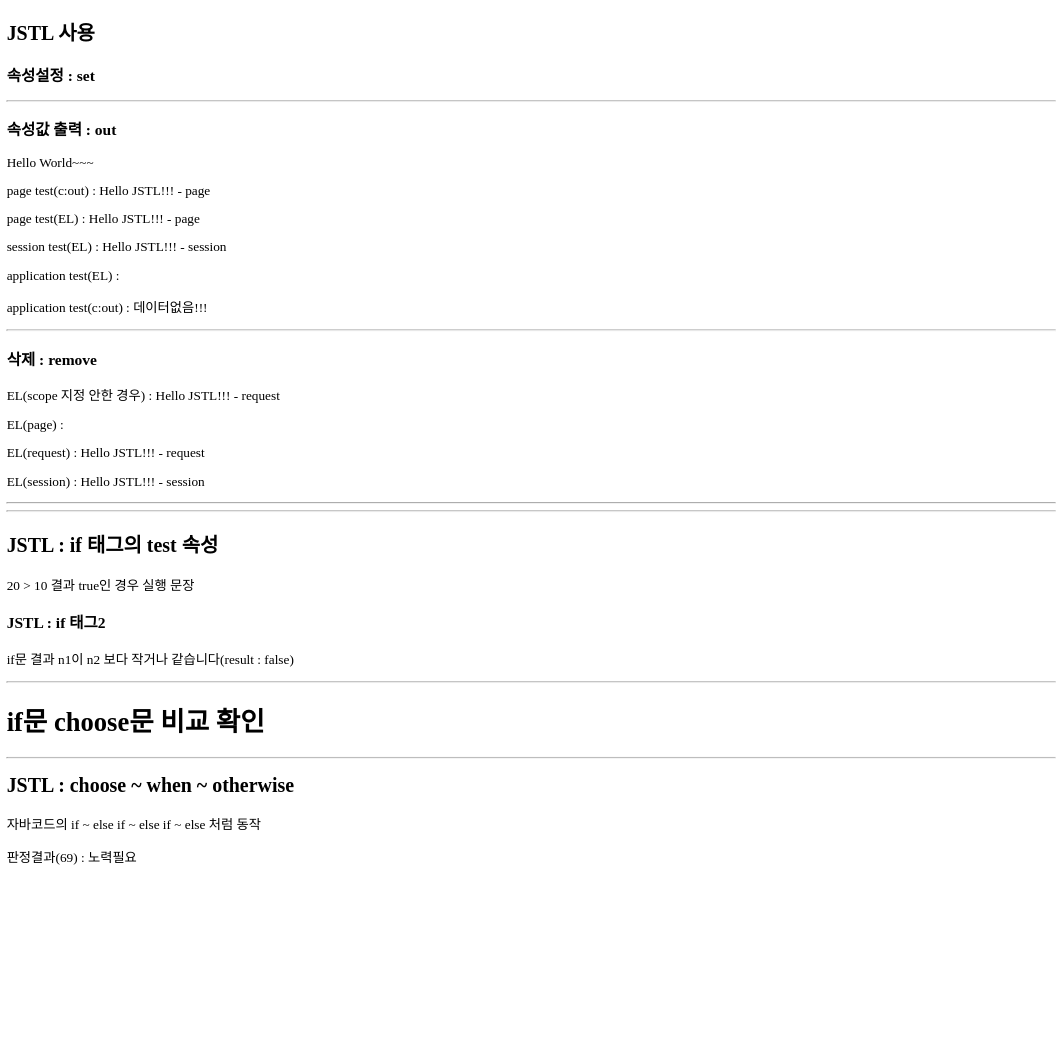
Repository: SeYoung1012/Bitcamp
Page: http://localhost/07_EL_JSTL/JSTL01.jsp
These files come from the project's save history. The page is drawn as it stood at one moment and after the next save; the edit follows.
The browser window is 1280 px wide. The pictures show the whole page, at 83% of full size.
The page is served by Tomcat 9. Other server files are loaded and not shown. The template is opened directly, without the code that normally fills it, so the values that code supplies are empty.

Above is the page before, as saved 2021-09-29 09:24:04.

### 60_web/07_EL_JSTL/WebContent/JSTL01.jsp
<%@ page language="java" contentType="text/html; charset=UTF-8"
    pageEncoding="UTF-8"%>

<%@ taglib prefix="c" uri = "http://java.sun.com/jsp/jstl/core" %>
<!DOCTYPE html>
<html>
<head>
<meta charset="UTF-8">
<title> JSTL </title>
</head>
<body>

<%-- JSTL(JSP Standard Tag Labrary)
	0. 라이브러리 구하기(인터넷)
		다운로드 : https://tomcat.apache.org/download-taglibs.cgi
		다운로드 : https://mvnrepository.com/ > jstl 검색
	1. 라이브러리 등록
		WebContent > WEB-INF > lib > jar 파일 등록
	2. JSTL 디렉티브(지시어) taglib 추가
		<%@ taglib prefix="c" uri="http://java.sun.com/jsp/jstl/core" %>
--%>
	<h2>JSTL 사용</h2>
	<h3>속성설정 : set</h3>
	<%-- set : 속성 선언 태그 setAttribute 역할
		<c:set var="속성명" value="속성값" scope="범위" />
		scope : page | request | session | application
	--%>
	<c:set var="test" value="Hello JSTL!!! - page" />
	<c:set var="test" value="Hello JSTL!!! - request" scope="request"/>
	<c:set var="test" value="Hello JSTL!!! - session" scope="session"/>
<%
	//System.out.println("test : " + test); //test cannot be resolved to a variable
	System.out.println("test : " + pageContext.getAttribute("test"));
%>
	<hr>
	<h3>속성값 출력 : out</h3>
	<p><c:out value="Hello World~~~" /></p>
	<p>page test(c:out) : <c:out value="${pageScope.test }"></c:out>
	<p>page test(EL) : ${pageScope.test }</p>
	<p>session test(EL) : ${sessionScope.test }</p>

	<p>application test(EL) : ${application.test }</p>
	<p>application test(c:out) :
		<c:out value="${application.test }" default="데이터없음!!!"/>
	</p>
	<hr>

	<h3>삭제 : remove</h3>
	<c:remove var="test" scope="page"/>

	<p>EL(scope 지정 안한 경우) : ${test }</p>
	<p>EL(page) : ${pageScope.test }</p>
	<p>EL(request) : ${requestScope.test }</p>
	<p>EL(session) : ${sessionScope.test }</p>
	<hr><hr>

	<%-- ======== if문 =========== --%>
	<h2>JSTL : if 태그의 test 속성</h2>
	<%-- JSTL에는 else 문이 제공되지 않음 --%>
	<c:if test="${20 > 10 }">
		<p>20 &gt; 10 결과 true인 경우 실행 문장</p>
	</c:if>
	<c:if test="${20 <= 10 }">
		<p>20 le 10 결과 true인 경우 실행 문장</p>
	</c:if>

	<h3>JSTL : if 태그2</h3>
	<c:set var="n1" value="30" />
	<c:set var="n2" value="50" />
	<c:if test="${n1 > n2 }" var="result">
		<p>if문 결과 n1이 n2 보다 큽니다(result : ${result })</p>
	</c:if>
	<c:if test="${n1 <= n2 }">
		<p>if문 결과 n1이 n2 보다 작거나 같습니다(result : ${result })</p>
	</c:if>
	<hr>

	<%--======= choose ~ when ~ otherwise ============--%>
	<h1>if문 choose문 비교 확인</h1>
	<c:set var="jumsu" value="69" />
	<c:if test="${jumsu >= 90 }">
		<p>판정결과(${jumsu }) : A</p>
	</c:if>
	<c:if test="${jumsu >= 80 }">
		<p>판정결과(${jumsu }) : B</p>
	</c:if>
	<hr>

	<h2>JSTL : choose ~ when ~ otherwise</h2>
	<p>자바코드의 if ~ else if ~ else if ~ else 처럼 동작</p>
	<c:choose>
		<c:when test="${jumsu >= 90 }">
			<p>판정결과(${jumsu }) : A</p>
		</c:when>
		<c:when test="${jumsu >= 80 }">
			<p>판정결과(${jumsu }) : B</p>
		</c:when>
		<c:when test="${jumsu >= 70 }">
			<p>판정결과(${jumsu }) : C</p>
		</c:when>
		<c:otherwise>
			<p>판정결과(${jumsu }) : 노력필요</p>
		</c:otherwise>
	</c:choose>

	<%-- ====== JSTL 반목문 forEach ========= --%>




	<br><br><br><br><br><br><br><br><br><br><br>


</body>
</html>

After the next save:
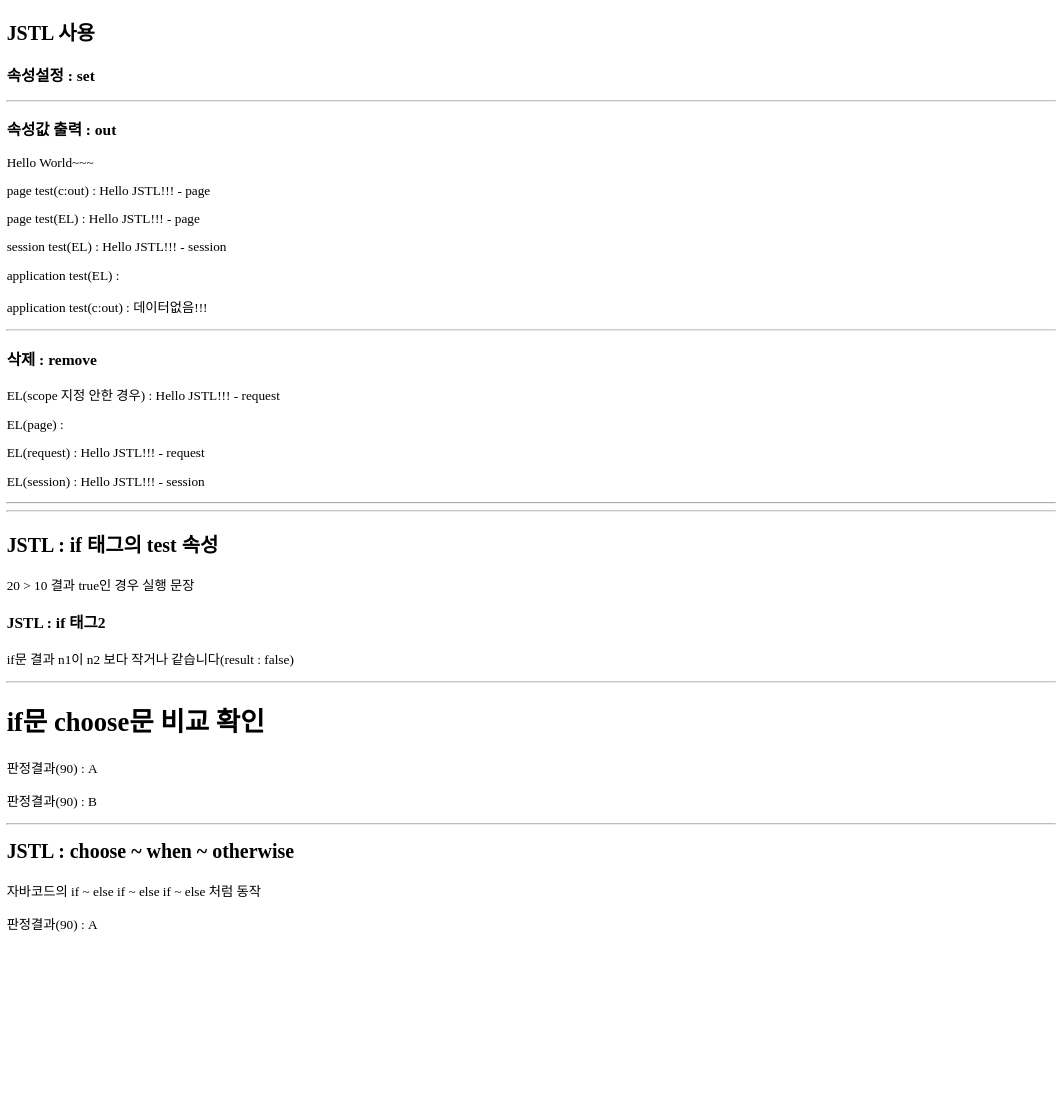
Saved 21 s later.
--- a/60_web/07_EL_JSTL/WebContent/JSTL01.jsp
+++ b/60_web/07_EL_JSTL/WebContent/JSTL01.jsp
@@ -77,7 +77,7 @@
 
 	<%--======= choose ~ when ~ otherwise ============--%>
 	<h1>if문 choose문 비교 확인</h1>
-	<c:set var="jumsu" value="69" />
+	<c:set var="jumsu" value="90" />
 	<c:if test="${jumsu >= 90 }">
 		<p>판정결과(${jumsu }) : A</p>
 	</c:if>
